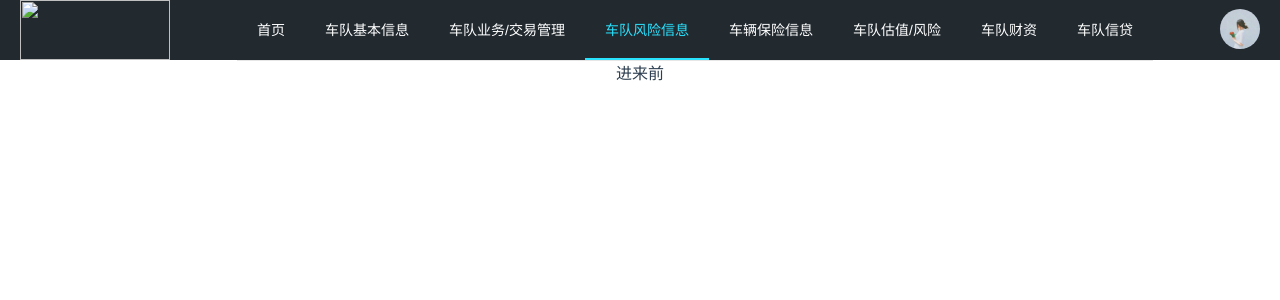
Repository: TheWomanLiketheWind/woodpecker
Page: /
The author's editor kept a copy of each file at every save. The page is drawn from the files as they stood at one save, then again after a run of saves.
The browser window is 1280 px wide. The pictures show the whole page.
The project was rebuilt for these pictures with package versions that can differ from the ones it lists, and the page was loaded fresh each time.

Above is the page before, as saved 2019-07-25 16:32:50.

### public/index.html
<!DOCTYPE html>
<html lang="en">
  <head>
    <meta charset="utf-8">
    <meta http-equiv="X-UA-Compatible" content="IE=edge">
    <meta name="viewport" content="width=device-width,initial-scale=1.0">
    <link rel="icon" href="<%= BASE_URL %>favicon.ico">
    <title>woodpecker</title>
  </head>
  <body>
    <noscript>
      <strong>We're sorry but woodpecker doesn't work properly without JavaScript enabled. Please enable it to continue.</strong>
    </noscript>
    <div id="app"></div>
    <!-- built files will be auto injected -->
  </body>
</html>

### src/App.vue
<template>
  <div id="app">
    <router-view />
  </div>
</template>

<style lang="scss">
#app {
  font-family: "Avenir", Helvetica, Arial, sans-serif;
  -webkit-font-smoothing: antialiased;
  -moz-osx-font-smoothing: grayscale;
  text-align: center;
  color: #2c3e50;
  .el-header {
    display: flex;
    justify-content: space-between;
    align-items: center;
  }
}
#nav {
  padding: 30px;
  a {
    font-weight: bold;
    color: #2c3e50;
    &.router-link-exact-active {
      color: #42b983;
    }
  }
}
body {
  margin: 0;
}
</style>

### src/router.ts
import Vue from 'vue'
import Router from 'vue-router'
import Home from './views/Home.vue'
Vue.use(Router)

export default new Router({
  mode: 'history',
  base: process.env.BASE_URL,
  routes: [
    {
      path: '/',
      name: 'home',
      component: Home,
      children: [
        {
          path: 'menuSecond',
          name: 'menuSecond',
          component: () =>
            import(/* webpackChunkName: "about" */ './views/menuSecond.vue')
        }
      ]
    }
  ]
})

### src/views/Home.vue
<template>
  <el-container>
    <el-header class="headerAll">
      <img src=""
           class="headImage">
      <el-menu :default-active="activeIndex"
               class="el-menu-demo"
               mode="horizontal"
               background-color="#222a30"
               text-color="#fff"
               active-text-color="#29e2fe"
               @select="handleSelect">
        <el-menu-item v-for="(item, index) in menuList"
                      :key="index"
                      :index="item.index"
                      v-on:listenToChildEvent="menuClick">{{item.name}}</el-menu-item>
      </el-menu>

      <el-dropdown>
        <img src="../assets/headImage.jpg"
             class="drophead" />
        <el-dropdown-menu slot="dropdown">
          <el-dropdown-item>个人信息</el-dropdown-item>
          <el-dropdown-item>退出</el-dropdown-item>
        </el-dropdown-menu>
      </el-dropdown>
    </el-header>
    <!-- 进来 -->
    <div>进来前</div>
    <router-link to="/menuSecond" />
    <router-view />
  </el-container>
</template>

<script lang="ts">
import { Component, Vue } from "vue-property-decorator";

@Component({
  components: {}
})
export default class Home extends Vue {
  data() {
    return {
      activeIndex: "4",
      menuList: [
        {
          name: "首页",
          index: "1",
          link: ""
        },
        {
          name: "车队基本信息",
          index: "2",
          link: ""
        },
        {
          name: "车队业务/交易管理",
          index: "3",
          link: ""
        },
        {
          name: "车队风险信息",
          index: "4",
          link: ""
        },
        {
          name: "车辆保险信息",
          index: "5",
          link: ""
        },
        {
          name: "车队估值/风险",
          index: "6",
          link: ""
        },
        {
          name: "车队财资",
          index: "7",
          link: ""
        },
        {
          name: "车队信贷",
          index: "8",
          link: ""
        }
      ]
    };
  }

  private handleSelect(key: any, keyPath: any) {
    console.log(key, keyPath);
  }

  menuClick(data: any) {
    this.$router.push(data);
  }
}
</script>

<style lang="scss">
.headerAll {
  background: #222a30;
  .headImage {
    width: 150px;
    height: 100%;
    border: 0;
  }
  .drophead {
    width: 40px;
    height: 40px;
    border-radius: 50%;
  }
}
</style>

Loaded but not shown: src/main.ts (common file); src/store.ts (common file)

After the next 3 saves:
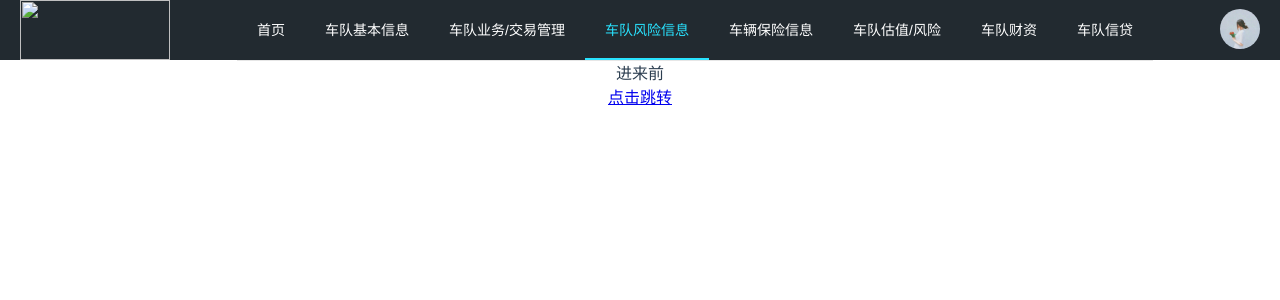
The 3 saves are shown as one change because 1 did not build or start and some came seconds apart.
The last was saved 21 s later.
--- a/src/views/Home.vue
+++ b/src/views/Home.vue
@@ -27,7 +27,7 @@
     </el-header>
     <!-- 进来 -->
     <div>进来前</div>
-    <router-link to="/menuSecond" />
+    <router-link to="/menuSecond">点击跳转</router-link>
     <router-view />
   </el-container>
 </template>

After the save that followed:
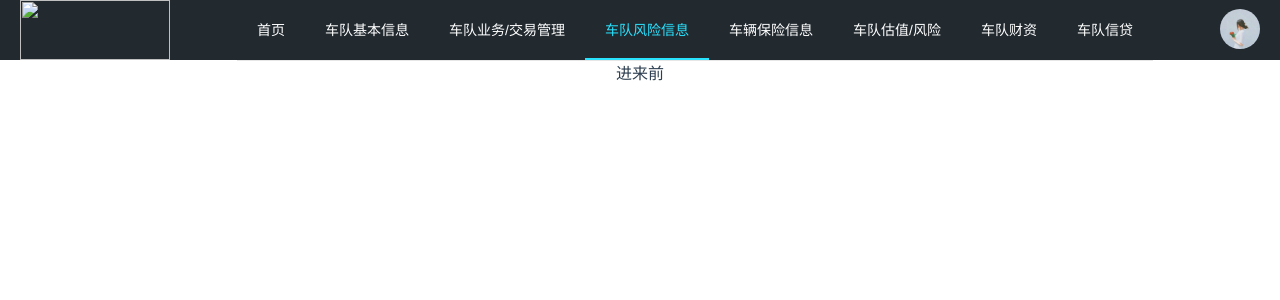
Saved 33 s later.
--- a/src/views/Home.vue
+++ b/src/views/Home.vue
@@ -27,7 +27,7 @@
     </el-header>
     <!-- 进来 -->
     <div>进来前</div>
-    <router-link to="/menuSecond">点击跳转</router-link>
+    <!-- <router-link to="/menuSecond">点击跳转</router-link> -->
     <router-view />
   </el-container>
 </template>
